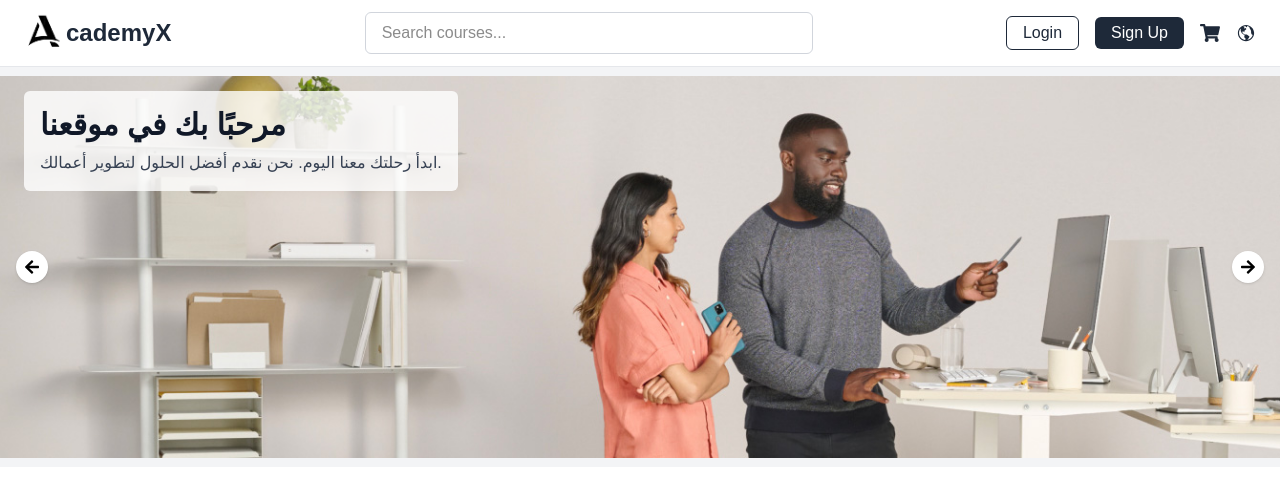
Repository: MohamedSalah54/full-stack-e-learning
Page: / (app in frontend/)
The author's editor kept a copy of each file at every save. The page is drawn from the files as they stood at one save, then again after the next save.
The browser window is 1280 px wide. The pictures show the whole page.
The project was rebuilt for these pictures with package versions that can differ from the ones it lists, and the page was loaded fresh each time. The framework's server and built-in components were replaced by stand-ins that run in the browser. Also part of the build but not shown: frontend/next.config.ts.

Above is the page before, as saved 2025-06-15 13:13:29.

### frontend/src/app/layout.tsx
import type { Metadata } from "next";
import { Geist, Geist_Mono } from "next/font/google";
import "./globals.css";
import { Providers } from "@/app/providers";
import Navbar from "@/components/Navbar";

const geistSans = Geist({
  variable: "--font-geist-sans",
  subsets: ["latin"],
});

const geistMono = Geist_Mono({
  variable: "--font-geist-mono",
  subsets: ["latin"],
});

export const metadata: Metadata = {
  title: "Create Next App",
  description: "Generated by create next app",
};

export default function RootLayout({
  children,
}: Readonly<{
  children: React.ReactNode;
}>) {
  return (
    <html lang="en">
      <body
        className={`${geistSans.variable} ${geistMono.variable} antialiased`}
      >
        <Navbar/>
        <Providers>{children}</Providers>

      </body>
    </html>
  );
}

### frontend/src/app/page.tsx
import HeroBannerSlider from "@/components/home/HeroBannerSlider"

const Home = () => {
  return (
    <main className="flex flex-col items-center justify-center">
        <HeroBannerSlider/>
    </main>
  )
}

export default Home

### frontend/src/app/providers.jsx
'use client';

import { Provider } from 'react-redux';
import { store } from '@/redux/store/store';
export function Providers({ children }) {
  return <Provider store={store}>{children}</Provider>;
}

### frontend/src/components/Navbar.tsx
'use client';
import { FaShoppingCart } from 'react-icons/fa';
import { IoMdGlobe } from 'react-icons/io';
import { useRouter } from 'next/navigation';

export default function Navbar() {
  const router = useRouter();
  return (
    <nav className="bg-white shadow-sm border-b border-gray-200 py-3 px-6">
      <div className="max-w-7xl mx-auto flex items-center justify-between">
        {/* Left - Logo */}
        <div className="flex items-center cursor-pointer" onClick={()=> router.push('/')}>
          <div className="relative h-10 w-10 mr-[-2px] " >
            <img
              src="/logo.png"
              alt="Logo"
              className="h-full w-full object-contain block"
            />
          </div>
          <span className="text-2xl font-bold text-gray-800 leading-none ml-1">
            cademyX
          </span>
        </div>

        {/* Middle - Search */}
        <div className="flex-1 max-w-md mx-4">
          <input
            type="text"
            placeholder="Search courses..."
            className="w-full border border-gray-300 rounded-md px-4 py-2 focus:outline-none focus:ring-1 focus:ring-gray-800"
          />
        </div>

        {/* Right - Buttons */}
        <div className="flex items-center space-x-4">
          <button className="px-4 py-1 border border-gray-800 text-gray-800 rounded-md hover:bg-gray-100 transition cursor-pointer" onClick={()=>router.push('/auth/login')}>
            Login
          </button>
          <button className="px-4 py-1 bg-gray-800 text-white rounded-md hover:bg-gray-700 transition cursor-pointer" onClick={()=>router.push('/auth/register')} >
            Sign Up
          </button>
          <FaShoppingCart className="text-gray-800 text-xl cursor-pointer hover:scale-110 transition " />
          <IoMdGlobe className="text-gray-800 text-xl cursor-pointer hover:scale-110 transition " />
        </div>
      </div>
    </nav>
  );
}

### frontend/src/components/home/HeroBannerSlider.tsx
// components/hero/HeroBannerSlider.tsx
"use client";

import React, { useState } from "react";
import { FaArrowLeft, FaArrowRight } from "react-icons/fa";

const slides = [
    {
        image: "/banner1.jpg",
        title: "مرحبًا بك في موقعنا",
        description: "ابدأ رحلتك معنا اليوم. نحن نقدم أفضل الحلول لتطوير أعمالك.",
    },
    {
        image: "/banner2.jpg",
        title: "حلول رقمية متكاملة",
        description: "نساعدك في بناء مستقبل رقمي قوي واحترافي.",
    },
];

const HeroBannerSlider = () => {
    const [current, setCurrent] = useState(0);

    const nextSlide = () => {
        setCurrent((prev) => (prev + 1) % slides.length);
    };

    const prevSlide = () => {
        setCurrent((prev) => (prev - 1 + slides.length) % slides.length);
    };

    return (
       <section className="w-full h-[400px] relative overflow-hidden bg-gray-100">
  <div className="w-full h-full max-w-7xl mx-auto relative">
    <img
      src={slides[current].image}
      alt="Hero"
  className="w-full h-full object-contain transition-all duration-700 rounded-lg"
    />

    {/* Text overlay */}
    <div className="absolute inset-0 flex items-start justify-start p-6">
      <div className="bg-white/80 p-4 rounded-md max-w-md">
        <h1 className="text-2xl lg:text-3xl font-bold text-gray-900 mb-2">
          {slides[current].title}
        </h1>
        <p className="text-gray-700 text-base">{slides[current].description}</p>
      </div>
    </div>

    {/* Arrows */}
    <button
      onClick={prevSlide}
      className="absolute top-1/2 left-4 transform -translate-y-1/2 bg-white text-black p-2 rounded-full shadow hover:bg-gray-200 z-10"
    >
      <FaArrowLeft />
    </button>
    <button
      onClick={nextSlide}
      className="absolute top-1/2 right-4 transform -translate-y-1/2 bg-white text-black p-2 rounded-full shadow hover:bg-gray-200 z-10"
    >
      <FaArrowRight />
    </button>
  </div>
</section>

    );
};

export default HeroBannerSlider;

Loaded but not shown: frontend/src/app/globals.css (common file); frontend/src/redux/store/store.ts (common file)

After the next save:
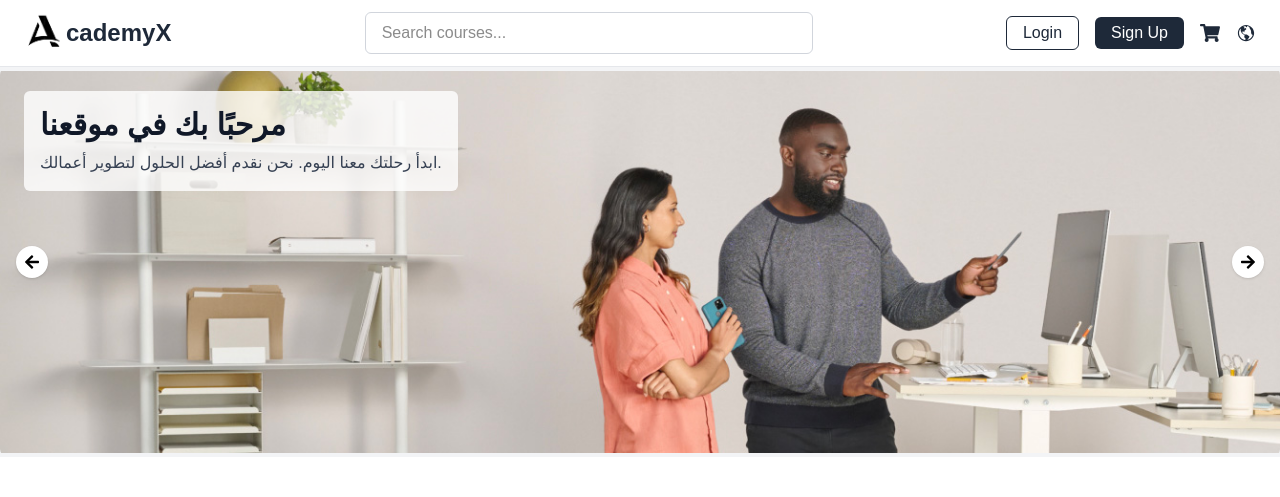
Saved 6 s later.
--- a/frontend/src/components/home/HeroBannerSlider.tsx
+++ b/frontend/src/components/home/HeroBannerSlider.tsx
@@ -29,7 +29,7 @@
     };
 
     return (
-       <section className="w-full h-[400px] relative overflow-hidden bg-gray-100">
+       <section className="w-full h-[390px] relative overflow-hidden bg-gray-100">
   <div className="w-full h-full max-w-7xl mx-auto relative">
     <img
       src={slides[current].image}
